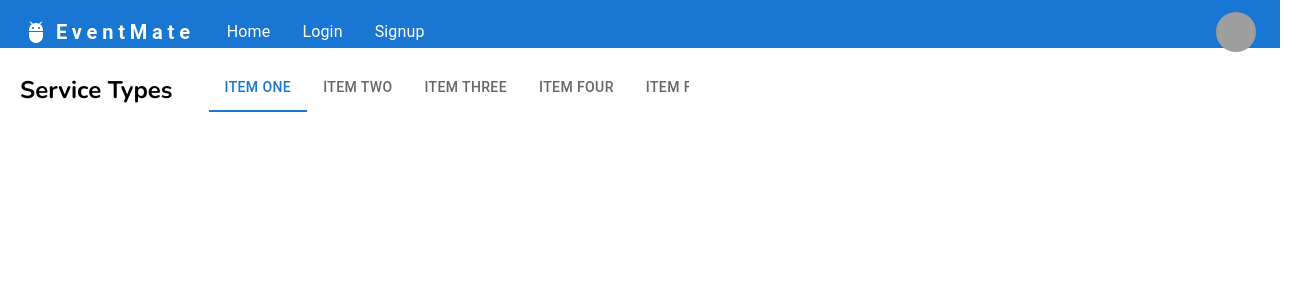
Repository: Farida-Yeasmin-Mim/EventMate_Frontend
Page: /filterpage
These files come from the project's save history. The page is drawn as it stood at one moment and after a run of saves; the edit follows.
The browser window is 1280 px wide. The page is 1280 px wide, then 1296 px, so the pictures cover 1296 px, including what lies to the right of the window. The pictures show the whole page.
Pictures or frames that could not be fetched are drawn as grey boxes. The page's requests for data from a server got no answer. The project was rebuilt for these pictures with package versions that can differ from the ones it lists, and the page was loaded fresh each time. No one was signed in, and anything a server would have sent is missing. Also part of the build but not shown: src/components/PostRequest.js, src/pages/auth/Login.js, src/components/seletionTextField/selectGender.js, src/pages/auth/Signup.js, src/components/vendor/RegVendor.js, src/components/offer.js, src/components/productcategories.js, src/components/icontabs.js and 15 more.

Above is the page before, as saved 2022-08-16 17:48:47.

After the next 2 saves:
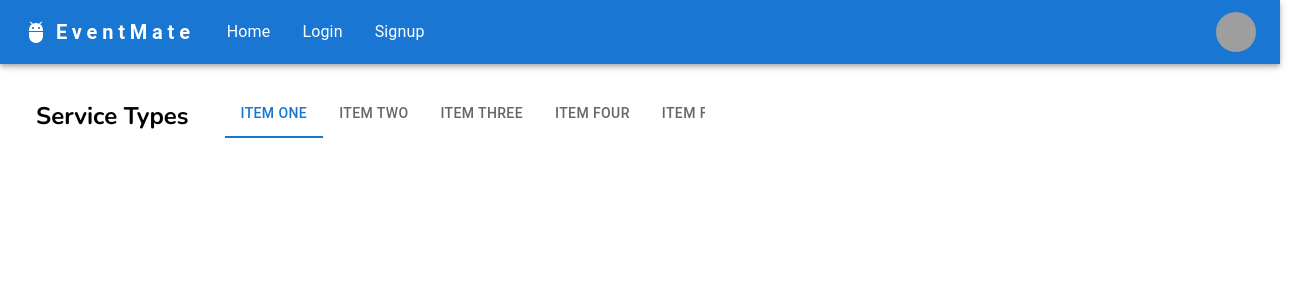
The 2 saves are shown as one change because 1 did not build or start.
The last was saved 53 s later.
--- a/src/components/event/filter/FilterPage.js
+++ b/src/components/event/filter/FilterPage.js
@@ -43,7 +43,7 @@ export default function ScrollableTabsButtonAuto() {
     };
 
     return (
-        <Grid container spacing={2} style={{ background: '#fff' }}>
+        <Grid container spacing={2} style={{ background: '#fff', margin: '10px 0' }}>
             <Grid item>
                 <h2 style={{ color: "#000", textAlign: "center", padding: "10px 20px", background: '#fff' }}>Service Types</h2>
 
